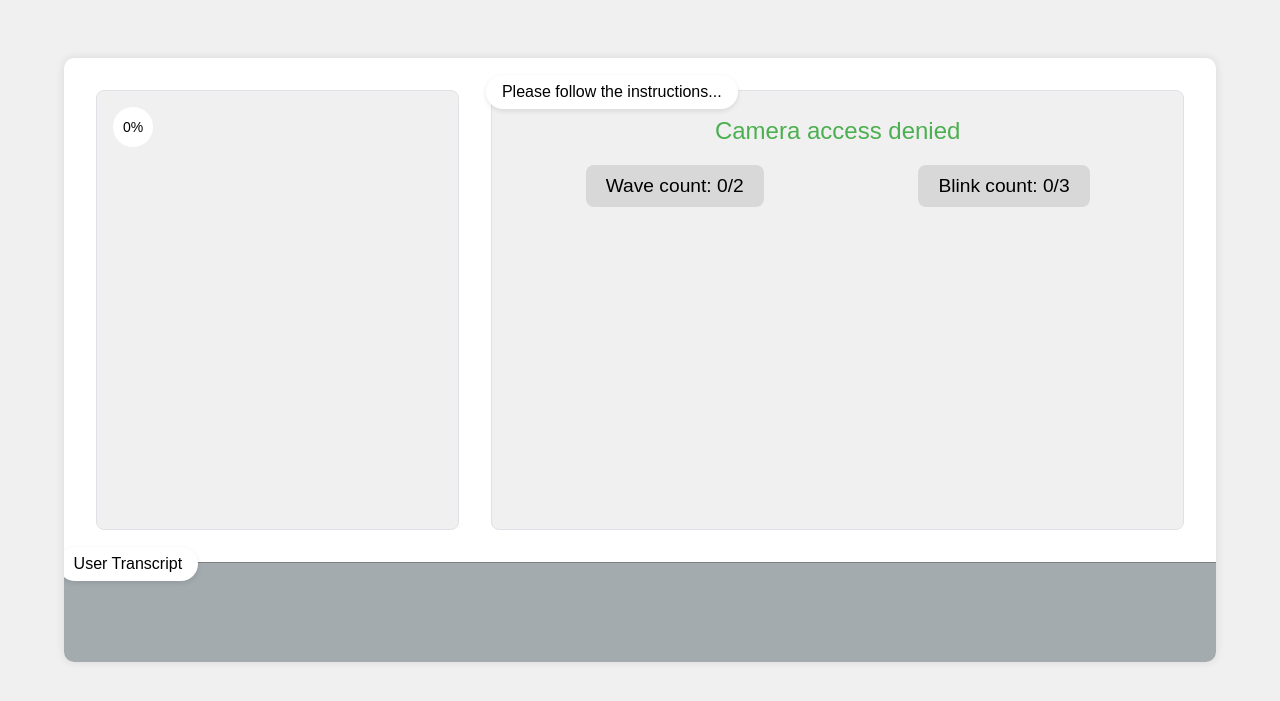
Repository: Ayaanns/E-kyc-BE-project
Page: http://localhost/
The author's editor kept a copy of each file at every save. The page is drawn from the files as they stood at one save, then again after the next save.
The browser window is 1280 px wide. The pictures show the whole page.
The page is served by the project's application, run on Django 4.2 (manage.py). A made-up administrator, testuser (Test User, test@example.com), is signed in. Other server files are loaded and not shown.

Above is the page before, as saved 2025-03-02 01:46:13.

### templates/home.html
<!DOCTYPE html>
<html lang="en">
<head>
    {% load static %}
    <meta charset="UTF-8">
    <meta name="viewport" content="width=device-width, initial-scale=1.0">
    <link rel="stylesheet" href="{% static 'styles.css' %}">
    <style>
        .webcam-feed video {
            width: 100%;
            height: auto;
            border-radius: 15px; /* Make corners curved */
            object-fit: cover; /* Ensure the video fits within the container */
        }

        /* Add status indicators */
        .status-indicators {
            display: flex;
            justify-content: space-around;
            margin: 20px 0;
            font-size: 1.2em;
        }

        .status-box {
            background: rgba(0,0,0,0.1);
            padding: 10px 20px;
            border-radius: 8px;
            text-align: center;
        }

        .verification-message {
            font-size: 1.5em;
            color: #4caf50;
            text-align: center;
            margin: 10px 0;
        }
    </style>
</head>
<body>
    <div class="container">
        <div class="content">
            <div class="result-feed">
                <div class="completion-circle" id="completion-circle">0%</div>
            </div>
            <div class="webcam-feed">
                <div class="verification-message" id="messageText">Starting verification...</div>
                <div class="status-indicators">
                    <div class="status-box">
                        Wave count: <span id="waveCount">0</span>/2
                    </div>
                    <div class="status-box">
                        Blink count: <span id="blinkCount">0</span>/3
                    </div>
                </div>
                <video id="webcam" autoplay></video>
                <canvas id="canvasElement" style="display:none;"></canvas>
                <div class="questions" id="questions">Please follow the instructions...</div>
            </div>
        </div>
        <div class="transcript-section">
            <span class="questions">User Transcript</span>
            <p id="transcript"></p>
        </div>
    </div>

    <script>
        // Existing initialization code
        const video = document.getElementById('webcam');
        const canvas = document.getElementById('canvasElement');
        const ctx = canvas.getContext('2d');
        let verificationComplete = false;

        // Initialize webcam with human verification
        async function initCamera() {
            try {
                const stream = await navigator.mediaDevices.getUserMedia({ video: true });
                video.srcObject = stream;
                startVerificationProcess();
            } catch (err) {
                console.error("Error accessing camera:", err);
                document.getElementById('messageText').textContent = "Camera access denied";
            }
        }

        // Process frames for verification
        function processFrame() {
            if (verificationComplete) return;

            if (video.readyState === video.HAVE_ENOUGH_DATA) {
                canvas.width = video.videoWidth;
                canvas.height = video.videoHeight;
                ctx.drawImage(video, 0, 0);

                const frameData = canvas.toDataURL('image/jpeg');

                // Update the fetch URL to match the Django URL pattern
                fetch('{% url "process_frame" %}', {
                    method: 'POST',
                    headers: {
                        'Content-Type': 'application/json',
                        'X-CSRFToken': getCookie('csrftoken')
                    },
                    body: JSON.stringify({
                        frame: frameData
                    })
                })
                .then(response => response.json())
                .then(data => {
                    updateVerificationUI(data);
                    if (!data.phase_complete) {
                        requestAnimationFrame(processFrame);
                    }
                })
                .catch(err => {
                    console.error("Error:", err);
                    requestAnimationFrame(processFrame);
                });
            } else {
                requestAnimationFrame(processFrame);
            }
        }

        // Update UI with verification status
        function updateVerificationUI(data) {
            document.getElementById('messageText').textContent = data.message;
            document.getElementById('waveCount').textContent = data.wave_count;
            document.getElementById('blinkCount').textContent = data.blink_count;

            // Calculate completion percentage
            const totalSteps = 5; // 2 waves + 3 blinks
            const completedSteps = data.wave_count + data.blink_count;
            const percentage = Math.round((completedSteps / totalSteps) * 100);
            updateProgressCircle(percentage);

            if (data.phase_complete) {
                verificationComplete = true;
                startNLPProcess();
            }
        }

        // Existing helper functions
        function updateProgressCircle(percentage) {
            const circle = document.getElementById('completion-circle');
            circle.textContent = percentage + '%';
            circle.style.background = `conic-gradient(#4caf50 ${percentage * 3.6}deg, #ddd ${percentage * 3.6}deg)`;
        }

        function updateTranscript(data) {
            const transcript = document.getElementById('transcript');
            transcript.textContent = `First Name: ${data.first_name}, Last Name: ${data.last_name}, Age: ${data.age}, Phone: ${data.phone}`;
        }

        function askQuestion(question) {
            const questionsDiv = document.getElementById('questions');
            questionsDiv.textContent = question;
        }

        function startVerificationProcess() {
            document.getElementById('messageText').textContent = "Wave your hand to begin";
            processFrame();
        }

        // Modified startNLPProcess
        function startNLPProcess() {
            document.getElementById('messageText').textContent = "Verification complete! Starting voice recognition...";
            fetch('/nlp_process/')
                .then(response => response.json())
                .then(data => {
                    if (data.status === 'success') {
                        updateTranscript(data);
                        askQuestion("NLP process complete.");
                    } else {
                        askQuestion("NLP process failed.");
                    }
                })
                .catch(error => console.error('Error:', error));
        }

        // Get CSRF token
        function getCookie(name) {
            let cookieValue = null;
            if (document.cookie && document.cookie !== '') {
                const cookies = document.cookie.split(';');
                for (let i = 0; i < cookies.length; i++) {
                    const cookie = cookies[i].trim();
                    if (cookie.substring(0, name.length + 1) === (name + '=')) {
                        cookieValue = decodeURIComponent(cookie.substring(name.length + 1));
                        break;
                    }
                }
            }
            return cookieValue;
        }

        // Start the process
        document.addEventListener('DOMContentLoaded', (event) => {
            initCamera();
        });
    </script>
</body>
</html>

### ekyc/models.py
from django.db import models
from django.contrib.auth.models import AbstractBaseUser, PermissionsMixin, BaseUserManager
from django.utils import timezone
import random

class CustomUserManager(BaseUserManager):
    def create_user(self, email, username, password=None, **extra_fields):
        if not email:
            raise ValueError("The Email field must be set")
        email = self.normalize_email(email)
        user = self.model(email=email, username=username, **extra_fields)
        user.set_password(password)
        user.save(using=self._db)
        return user

    def create_superuser(self, email, username, password=None, **extra_fields):
        #extra_fields.setdefault('is_staff', True)
        extra_fields.setdefault('is_superuser', True)

        # if not extra_fields.get('is_staff'):
        #     raise ValueError("Superuser must have is_staff=True.")
        if not extra_fields.get('is_superuser'):
            raise ValueError("Superuser must have is_superuser=True.")

        return self.create_user(email, username, password, **extra_fields)

class CustomUser(AbstractBaseUser, PermissionsMixin):
    email = models.EmailField(unique=True)
    username = models.CharField(max_length=150, unique=True)
    is_active = models.BooleanField(default=True)
    pin = models.CharField(max_length=6)
    created_at = models.DateTimeField(auto_now_add=True)
    expires_at = models.DateTimeField(default=timezone.now)
    is_verified = models.BooleanField(default=True)

    objects = CustomUserManager()

    USERNAME_FIELD = 'email'
    REQUIRED_FIELDS = ['username']

    def __str__(self):
        return self.email


    def generate_pin(self):
        self.pin = str(random.randint(100000, 999999))
        self.expires_at = timezone.now() + timezone.timedelta(minutes=2)
        self.save()
        return self.pin

    def verify_pin(self, entered_pin):
        if timezone.now() > self.expires_at:
            return False, "PIN has Expired!"

        if self.pin != entered_pin:
            return False, "Incorrect PIN!"

        self.is_verified = True
        self.save()
        return True, "Email Successfully Verified!"


#models for sending the code and receving the code.
# class SendCode(models.Model): #for sending the code
#     email = models.OneToOneField(CustomUser, null=True, on_delete=models.CASCADE)
#     send_code = models.CharField(max_length=20)
#
#     def __str__(self):
#         return self.send_code
#
# class ReceivedCode(models.Model): #for sending the code
#     email = models.OneToOneField(CustomUser, null=True, on_delete=models.CASCADE)
#     receive_code = models.CharField(max_length=20)
#
#     def __str__(self):
#         return self.receive_code

# Create your models here.
class KYCSession(models.Model):
    name = models.CharField(max_length=100)
    birth_date = models.DateField()
    id_card_image = models.ImageField(upload_to='id_cards/')
    liveness_score = models.FloatField()
    result = models.TextField()
    created_at = models.DateTimeField(auto_now_add=True)

    def __str__(self):
        return self.name

### ekyc_project/urls.py
"""
URL configuration for ekyc_project project.

The `urlpatterns` list routes URLs to views. For more information please see:
    https://docs.djangoproject.com/en/4.2/topics/http/urls/
Examples:
Function views
    1. Add an import:  from my_app import views
    2. Add a URL to urlpatterns:  path('', views.home, name='home')
Class-based views
    1. Add an import:  from other_app.views import Home
    2. Add a URL to urlpatterns:  path('', Home.as_view(), name='home')
Including another URLconf
    1. Import the include() function: from django.urls import include, path
    2. Add a URL to urlpatterns:  path('blog/', include('blog.urls'))
"""

from django.contrib import admin
from django.urls import path, include

urlpatterns = [
    path("admin/", admin.site.urls),
    path('', include('ekyc.urls')),  # Include ekyc app URLs
]

### ekyc/urls.py
from django.urls import path
from . import views

urlpatterns = [
    path('', views.ekyc_home, name="ekyc_home"),
    path('process_video/', views.process_video, name="process_video"),
    path('process_id_card/', views.process_id_card, name="process_id_card"),
    path('human_verification/', views.human_verification, name='human_verification'),
    path('nlp_process/', views.nlp_process, name='nlp_process'),
    path('ocr_process/', views.ocr_process, name='ocr_process'),
    path('process_frame/', views.process_frame, name='process_frame'),
    path('capture_photo/', views.capture_photo, name='capture_photo'),

    #login related routes
    path('login/', views.Login.as_view(), name="login"),
    path('signup/', views.signup_view, name="signup"),
    path('verify/', views.verify_pin, name="verify_pin"),
]

### ekyc/static/styles.css
* {
    margin: 0;
    padding: 0;
    box-sizing: border-box;
}

body {
    font-family: Arial, sans-serif;
    background-color: #f0f0f0;
    height: 100vh;
    display: flex;
    justify-content: center;
    align-items: center;
}

.container {
    width: 90%;
    max-width: 1200px;
    background: white;
    border-radius: 10px;
    box-shadow: 0 0 10px rgba(0,0,0,0.1);
    overflow: hidden;
}

.navbar {
    background: #f8f9fa;
    padding: 1rem;
    border-bottom: 1px solid #dee2e6;
}

.content {
    display: flex;
    padding: 2rem;
    gap: 2rem;
    height: 70vh;
}

.webcam-feed {
    flex: 2;
    background: #f0f0f0;
    border-radius: 8px;
    padding: 1rem;
    position: relative;
    border: 1px solid#dee2e6;
}

.result-feed {
    flex: 1;
    background: #f0f0f0;
    border-radius: 8px;
    padding: 1rem;
    border: 1px solid#dee2e6;
}

.questions {
    top: -1em;
    left: -.4em;
    position: absolute;
    background: white;
    padding: 0.5rem 1rem;
    border-radius: 20px;
    box-shadow: 0 2px 5px rgba(0,0,0,0.1);
}

.transcript-section {
    border-top: 1px solid gray;
    position: relative;
    text-align: left;
    background-color:#a3abaf;
    padding: 2em;
    height: 100px;
}

.completion-circle {
    right: 20px;
    bottom: 20px;
    width: 40px;
    height: 40px;
    border-radius: 50%;
    background: white;
    display: flex;
    align-items: center;
    justify-content: center;
    font-size: 14px;
}

/* Placeholder circles for demo */
/*
.circle {
    width: 100px;
    height: 100px;
    border-radius: 50%;
    border: 2px solid #dee2e6;
    margin: 20px auto;
}

.eye-shape {
    width: 200px;
    height: 100px;
    border-radius: 0 0 100px 100px;
    border: 2px solid #dee2e6;
    margin: 20px auto;
    transform: rotate(180deg);
}
*/

Loaded but not shown: ekyc/views.py (255 lines, source omitted)

After the next save:
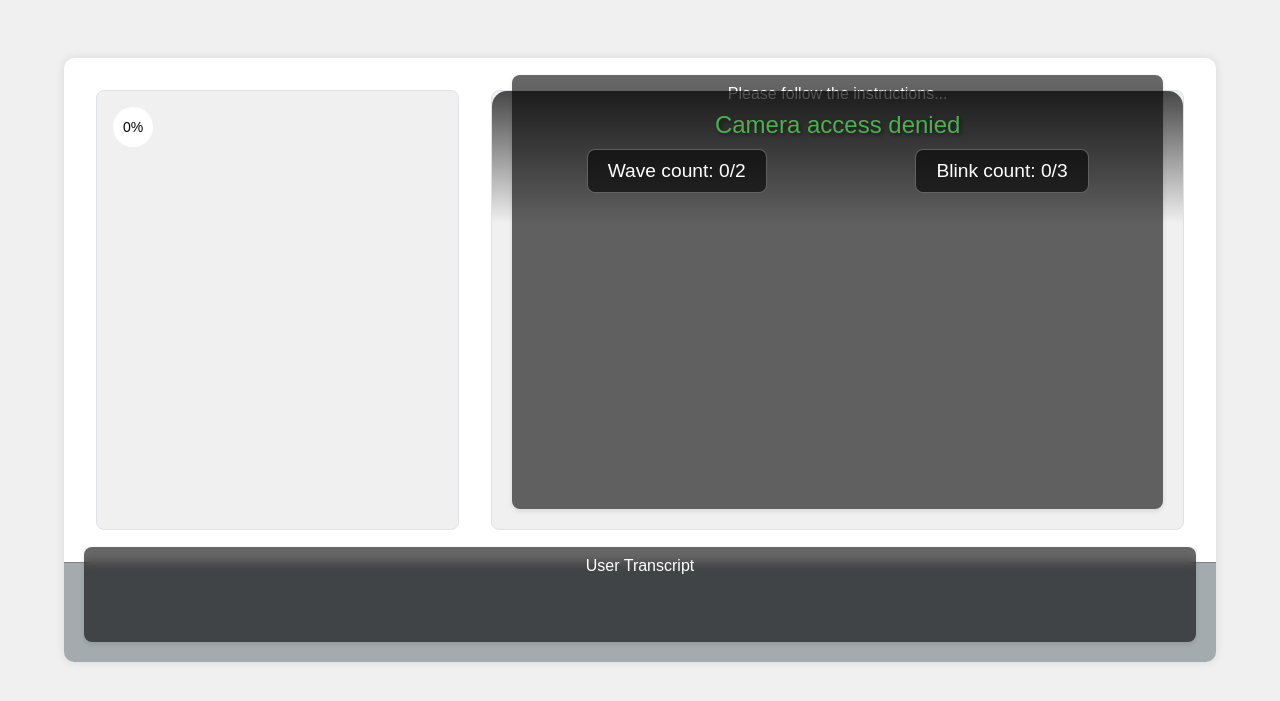
Saved 3 min 46 s later.
--- a/templates/home.html
+++ b/templates/home.html
@@ -6,33 +6,68 @@
     <meta name="viewport" content="width=device-width, initial-scale=1.0">
     <link rel="stylesheet" href="{% static 'styles.css' %}">
     <style>
+        .webcam-feed {
+            position: relative;
+            width: 100%;
+            height: auto;
+        }
+
         .webcam-feed video {
             width: 100%;
             height: auto;
-            border-radius: 15px; /* Make corners curved */
-            object-fit: cover; /* Ensure the video fits within the container */
-        }
-
-        /* Add status indicators */
+            border-radius: 15px;
+            object-fit: cover;
+        }
+
+        /* Overlay container for status indicators */
+        .status-overlay {
+            position: absolute;
+            top: 0;
+            left: 0;
+            right: 0;
+            z-index: 10;
+            padding: 20px;
+            background: linear-gradient(to bottom, rgba(0,0,0,0.7) 0%, transparent 100%);
+            border-radius: 15px 15px 0 0;
+        }
+
         .status-indicators {
             display: flex;
             justify-content: space-around;
-            margin: 20px 0;
+            margin: 10px 0;
             font-size: 1.2em;
         }
 
         .status-box {
-            background: rgba(0,0,0,0.1);
+            background: rgba(0,0,0,0.6);
             padding: 10px 20px;
             border-radius: 8px;
             text-align: center;
+            color: white;
+            border: 1px solid rgba(255,255,255,0.3);
+            backdrop-filter: blur(5px);
         }
 
         .verification-message {
             font-size: 1.5em;
             color: #4caf50;
             text-align: center;
-            margin: 10px 0;
+            margin: 0 0 10px 0;
+            text-shadow: 2px 2px 4px rgba(0,0,0,0.5);
+        }
+
+        .questions {
+            position: absolute;
+            bottom: 20px;
+            left: 0;
+            right: 0;
+            text-align: center;
+            color: white;
+            background: rgba(0,0,0,0.6);
+            padding: 10px;
+            margin: 0 20px;
+            border-radius: 8px;
+            backdrop-filter: blur(5px);
         }
     </style>
 </head>
@@ -43,16 +78,18 @@
                 <div class="completion-circle" id="completion-circle">0%</div>
             </div>
             <div class="webcam-feed">
-                <div class="verification-message" id="messageText">Starting verification...</div>
-                <div class="status-indicators">
-                    <div class="status-box">
-                        Wave count: <span id="waveCount">0</span>/2
-                    </div>
-                    <div class="status-box">
-                        Blink count: <span id="blinkCount">0</span>/3
+                <video id="webcam" autoplay></video>
+                <div class="status-overlay">
+                    <div class="verification-message" id="messageText">Starting verification...</div>
+                    <div class="status-indicators">
+                        <div class="status-box">
+                            Wave count: <span id="waveCount">0</span>/2
+                        </div>
+                        <div class="status-box">
+                            Blink count: <span id="blinkCount">0</span>/3
+                        </div>
                     </div>
                 </div>
-                <video id="webcam" autoplay></video>
                 <canvas id="canvasElement" style="display:none;"></canvas>
                 <div class="questions" id="questions">Please follow the instructions...</div>
             </div>
